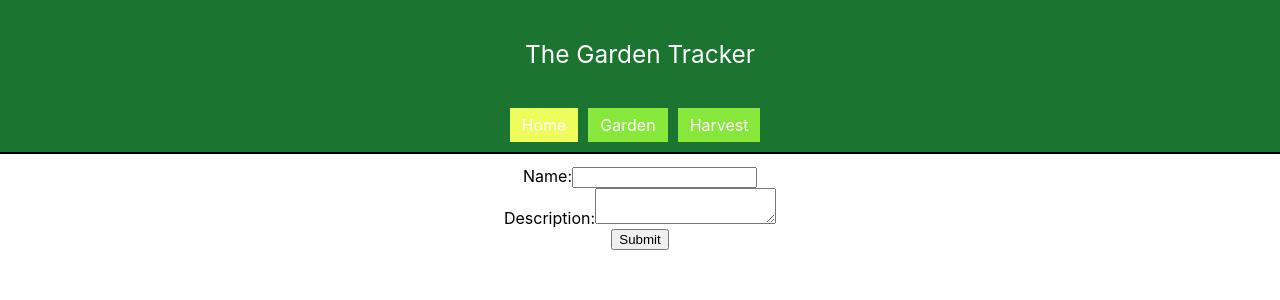
Repository: charliejp0311/ReactReduxFinal
Page: /garden (app in gardentracker/)
An editor plug-in stored every save of this project. The page is shown before and after the next save, followed by the edit.
The browser window is 1280 px wide. The pictures show the whole page.
The pointer rests on the first visible `a`.
The page's requests for data from a server got no answer. The project was rebuilt for these pictures with package versions that can differ from the ones it lists, and the page was loaded fresh each time. No one was signed in, and anything a server would have sent is missing. Also part of the build but not shown: gardentracker/src/containers/GardenbookContainer.js, gardentracker/src/components/GardenPlant.js, gardentracker/src/components/HarvestPlant.js, gardentracker/src/containers/HarvestContainer.js, gardentracker/src/components/UpdatePlantForm.js, gardentracker/src/components/NoteForm.js, gardentracker/src/components/noteList.js, gardentracker/src/containers/PlantContainer.js and 1 more.

Above is the page before, as saved 2020-11-09 12:20:34.

### gardentracker/src/index.js
import React from 'react';
import ReactDOM from 'react-dom';
//style
import './index.css';
//APP
import App from './containers/App';
//Reducer
import reducer from './redux/index'
//router
import { BrowserRouter } from "react-router-dom";
//store and middleware
import { Provider } from 'react-redux';
import { applyMiddleware, createStore } from 'redux';
import { composeWithDevTools } from 'redux-devtools-extension';
import thunk from 'redux-thunk';

const store = createStore(reducer, composeWithDevTools(
  applyMiddleware(thunk),
));


ReactDOM.render(
  <Provider store={store}>
    <BrowserRouter>
      <App />
    </BrowserRouter>
  </Provider>,
  document.getElementById('root')
);

### gardentracker/src/containers/App.js
import React,{Component} from 'react';
import '../App.css';
import { connect } from 'react-redux';
import {startSetGardenbook} from '../redux/actions';
import {Switch,Route} from 'react-router-dom';
import GardenbookContainer from './GardenbookContainer';
import GardenContainer from './GardenContainer';
import HarvestContainer from './HarvestContainer';
import PlantContainer from './PlantContainer';
import NavBar from '../components/Navbar';
import HarvestedPlant from '../components/HarvestedPlant';

class App extends Component {


  componentDidMount(){
    this.props.startSetGardenbook();

  };

  render(){
    return (
      <div className="App">
          <header className="App-header">
            The Garden Tracker
          </header>
          <NavBar />
          <Switch>
            <Route exact path='/' render={(props)=><GardenbookContainer {...props} />} />
            <Route exact path='/garden' render={(props)=><GardenContainer {...props} />}/>
            <Route exact path='/harvest' render={(props)=><HarvestContainer {...props}/>}/>
            <Route exact path='/plants/:id' render={(props)=><PlantContainer {...props}  />}/>
            <Route exact path='/harvested_plant/:id' render={props=><HarvestedPlant {...props} />} />
          </Switch>
      </div>
    );
  };
}

export default connect(null, {startSetGardenbook})(App);

### gardentracker/src/redux/index.js
import { combineReducers } from 'redux';
import garden from './GardenReducer'

export default combineReducers({
    garden
})

### gardentracker/src/App.css
.App {
  text-align: center;
}

.App-logo {
  height: 40vmin;
  pointer-events: none;
}

@media (prefers-reduced-motion: no-preference) {
  .App-logo {
    animation: App-logo-spin infinite 20s linear;
  }
}

.App-header {
  background-color: #1b7531;
  min-height: 15vh;
  display: flex;
  flex-direction: column;
  align-items: center;
  justify-content: center;
  font-size: calc(10px + 2vmin);
  color: white;
}



.App-link {
  color: #beebf8;
}

.garden {
  display: grid;
  grid-template-columns: 3fr;
  grid-template-rows: auto;
  grid-gap: 25px;
  padding-top: 10px;
  padding-bottom: 30px;
}

.plant {
  height: auto;
  width: auto;
  box-shadow: 10px 10px grey;
  padding: 10px;
  border-radius: 10px;
}

a:link,
a:visited {
  background-color: #88e73b;
  color: white;
  padding: 7px 12px;
  text-align: center;
  text-decoration: none;
  display: inline-block;
}

a:hover,
a:active {
  background-color: rgb(237, 253, 92);
}

@keyframes App-logo-spin {
  from {
    transform: rotate(0deg);
  }
  to {
    transform: rotate(360deg);
  }
}

### gardentracker/src/redux/actions.js

export const startSetGardenbook = () => {
    return(dispatch, getState)=>{
        fetch('http://localhost:3001/gardenbooks/1')
            .then(resp=>resp.json())
            .then(data=> dispatch(setGardenbook(data)))
    };
};

export const startAddPlant = (plantData={}) => {
    const {name,description,gardenbook_id} = plantData;
    const plant ={
        name,
        description,
        gardenbook_id,
    };
    let configObj = {
        method: "POST",
        headers: {
            "Content-Type": "application/json",
            "Accept": "application/json"
        },
        body: JSON.stringify(plant)
    };
    return (dispatch, getState) =>{
        fetch(`http://localhost:3001/plants`, configObj )
        .then(resp=>resp.json())
        .then(json=>dispatch(addPlant(json)))
    };
};

export const startUpdatePlant = (plantData={}) => {
    const {name,description,gardenbook_id, id, growing} = plantData;
    const plant ={
        id,
        name,
        description,
        gardenbook_id,
        growing,
    };
    let configObj = {
        method: "PATCH",
        headers: {
            "Content-Type": "application/json",
            "Accept": "application/json"
        },
        body: JSON.stringify(plant)
    };
    return (dispatch, getState) =>{
        fetch(`http://localhost:3001/plants/${plant.id}`, configObj )
        .then(resp=>resp.json())
        .then(json=>dispatch(updatePlant(json)))
    };
};

export const startDeletePlant = (plantData={}) => {
    const {name,description,gardenbook_id, id, growing} = plantData;
    const plant ={
        id,
        name,
        description,
        gardenbook_id,
        growing,
    };
    let configObj = {
        method: "DELETE",
        headers: {
            "Content-Type": "application/json",
            "Accept": "application/json"
        },
        body: JSON.stringify(plant)
    };
    return (dispatch, getState) =>{
        fetch(`http://localhost:3001/plants/${plant.id}`, configObj )
        .then(resp=>resp.json())
        .then(json=>dispatch(deletePlant(json)))
    };
};
export const startDeleteNote = (id = '') => {
    const note = {
        id: id,
    }
    let configObj = {
        method: "DELETE",
        headers: {
            "Content-Type": "application/json",
            "Accept": "application/json"
        },
        body: JSON.stringify(note),
    };
    return (dispatch, getState) =>{
        fetch(`http://localhost:3001/notes/${note.id}`, configObj )
        .then(resp=>resp.json())
        .then(json=>dispatch(deleteNote(json)))
    };
};

export const startAddNote = (noteData={}) => {
    const {note,plant_id,gardenbook_id,actionId} = noteData;
    const newNote ={
        note,
        plant_id,
        gardenbook_id,
        action_id: actionId
    };
    let configObj = {
        method: "POST",
        headers: {
            "Content-Type": "application/json",
            "Accept": "application/json"
        },
        body: JSON.stringify(newNote)
    };
    return (dispatch, getState) =>{
        fetch(`http://localhost:3001/notes`, configObj )
        .then(resp=>resp.json())
        .then(json=>dispatch(addNote(json)))
    };
};

export const setGardenbook = (book)=>{
    return{
        type: "SET_GARDENBOOK",
        book
    }
}


//PLANTS
export const addPlant = (plant) => {
    return {type: 'ADD_PLANT',plant}
}
export const updatePlant = (plant) =>{
    return {type: 'UPDATE_PLANT',plant}
}
export const deletePlant = (plant) => {
    return {type: 'DELETE_PLANT',plant}
}
export const harvestPlant = (plant) => {
    return {type: 'HARVEST_PLANT',plant}
}

////NOTES

export const addNote = (note) => {
    return {type: 'ADD_NOTE',note}
}
export const deleteNote = (note) => {
    return {type: 'DELETE_NOTE',note}
}

### gardentracker/src/containers/GardenContainer.js
import React,{Component} from 'react';
import {connect} from 'react-redux';
import  PlantForm  from "../components/PlantForm";
import  PlantList  from "../components/PlantList";

class GardenContainer extends Component{

    render(){
        const plant = {}
        return(
        <div>
            <PlantForm plant={plant} gardenbook_id={this.props.id} />
            <PlantList garden={this.props.garden} notes={this.props.notes}/>
        </div>
        );
    };
};

const mapStateToProps = state => {
    return{
        id: state.garden.id,
        garden: state.garden.garden,
        notes: state.garden.notes
    }
}

export default connect(mapStateToProps)(GardenContainer);

### gardentracker/src/components/Navbar.js
import React from 'react';
import { NavLink } from 'react-router-dom';

const NavBar = () => {
  return (
    <div className='navBar' style={{ borderBottom: '2px solid black', paddingBottom: '10px', marginBottom: '12px', background: '#1b7531' }}>
      <NavLink
        style={{ marginRight: '10px' }}
        to="/"
      >
        Home
      </NavLink>
      <NavLink
        style={{ marginRight: '10px' }}
        to="/garden"
      >
        Garden
      </NavLink>
      <NavLink
        style={{ marginRight: '10px' }}
        to="/harvest"
      >
        Harvest
      </NavLink>
    </div>
  );
}

export default NavBar;

### gardentracker/src/redux/GardenReducer.js
export default function garden (state = {
    id: '',
    garden: [],
    harvest: [],
    notes: [],
    actions: []
},action){
    switch (action.type) {
        case 'SET_GARDENBOOK':
            let parts = action.book.included
            let gl = []
            let hl = []
            let nl = []
            let al = []
            parts.forEach(part => {
                switch (part.type) {
                    case "action":
                        al.push(part.attributes)
                        break;
                    case "note":
                        nl.push(part.attributes)

                        break;
                    case "plant":
                        if(part.attributes.growing){
                            gl.push(part.attributes)
                        } else {
                            hl.push(part.attributes)
                        }
                        break;

                    default:
                        break;
                }
            });
            return {
                id: action.book.data.id,
                notes: nl,
                garden: gl,
                harvest: hl,
                actions: al,
            };

        case 'ADD_PLANT':
            return {
                ...state,
                garden: state.garden.concat({name: action.plant.name})
            };
        case 'UPDATE_PLANT':
            const plant = action.plant.data.attributes
            const {garden} = state
            const newG = garden.slice(0,plant.id-1)
            newG.push(plant, ...garden.slice(plant.id,garden.length))

            return {
                ...state,
                garden: newG,
            };
        case 'ADD_NOTE':
            const notesData = action.note.data
            const actionsData = action.note.included
            const actions = actionsData.map(action=>{return(action.attributes)})
            const notes = notesData.map(note=>{return(note.attributes)})
            return {
                ...state,
                notes: notes,
                actions: actions,
            };

        case 'DELETE_PLANT':
            const plants = action.plant.included;
            const freshGarden = plants.filter(plant=>plant.attributes.growing ? plant.attributes : null)

            return {
                ...state,
                garden: freshGarden.flat(),
            };
        case 'DELETE_NOTE':
            const allNotes = action.note.included;
            const ns = allNotes.map(note=>{return(note.attributes)});

            return {
                ...state,
                notes: ns,
            };

        case 'HARVEST_PLANT':
            let p = state.plants.filter(plant=>plant.name===action.plant.name) ;
            let inTheGarden = state.plants.filter(plant=>plant.name!==action.plant.name);
            return{
                ...state,
                plants: inTheGarden,
                harvest: state.harvest.concat(p),
            };

        default:
            return state;
    };
};

### gardentracker/src/components/plantForm.js
import React,{Component} from "react";
import { connect } from "react-redux";
import { startAddPlant } from '../redux/actions'
import {startSetGardenbook} from '../redux/actions';

class PlantForm extends Component {
    constructor(props){
        // console.log(props)
        super(props);
        this.state = {
            name: '',
            description: '',
        }
    }
    handleChange=e=>{
      switch (e.target.name) {
        case 'name':
            this.setState({
                ...this.state,
                name: e.target.value
            })
            break;
        case 'description':
            this.setState({
                ...this.state,
                description: e.target.value
            });
            break;
        default:
            break;
      };
    };

    handleSubmit=e=>{
        e.preventDefault();
        this.props.startAddPlant({...this.state, gardenbook_id: this.props.gardenbook_id})
        this.setState({
            ...this.state,
            name: "",
            description: "",
        });
        this.props.startSetGardenbook();
    };
    render(){
        return(
            <form onSubmit={this.handleSubmit}>
                <label htmlFor='name' >
                    Name:
                    <input type='text' name='name' onChange={this.handleChange} value={this.state.name}/>
                </label><br />
                <label htmlFor='description' >
                    Description:
                    <textarea name='description' onChange={this.handleChange} value={this.state.description}/>
                </label><br />
                <input type='submit' />
            </form>
        );
    };
};


export default connect(null,{startAddPlant, startSetGardenbook})(PlantForm);

### gardentracker/src/components/plantList.js
import React, { Component } from "react";
import {connect} from 'react-redux';
import GardenPlant from "./GardenPlant";
import HarvestPlant from "./HarvestPlant";

class PlantList extends Component{
    testHarvest(){
        let plants = []
        if (this.props.garden) {
            plants = this.props.garden.map(plant=><GardenPlant key={plant.id} plant={plant} />)
        }else{
            plants = this.props.harvest.map(plant=><HarvestPlant key={plant.id} plant={plant} />)
        }
        return plants;
    }

    render(){
        return(
            <div>{this.testHarvest()}</div>
        );
    };
};

export default connect(null)(PlantList);

Loaded but not shown: gardentracker/public/index.html (common file); gardentracker/src/index.css (common file); gardentracker/public/manifest.json (common file)

After the next save:
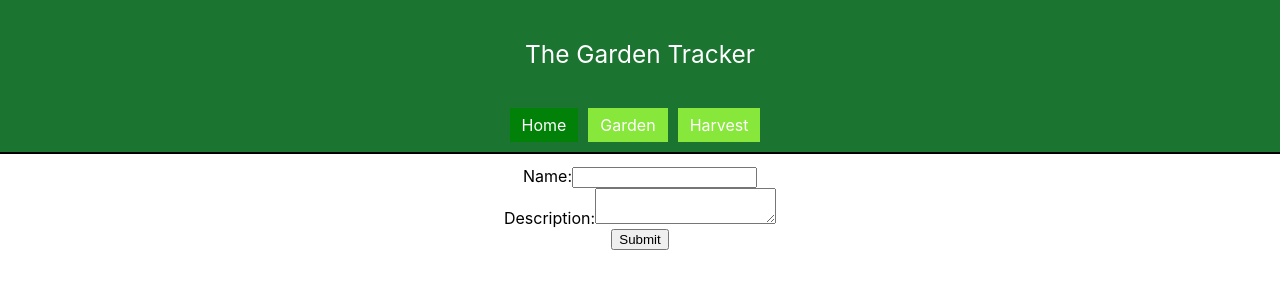
Saved 26 s later.
--- a/gardentracker/src/App.css
+++ b/gardentracker/src/App.css
@@ -59,7 +59,7 @@ a:visited {
 
 a:hover,
 a:active {
-  background-color: rgb(237, 253, 92);
+  background-color: rgb(2, 129, 8);
 }
 
 @keyframes App-logo-spin {
